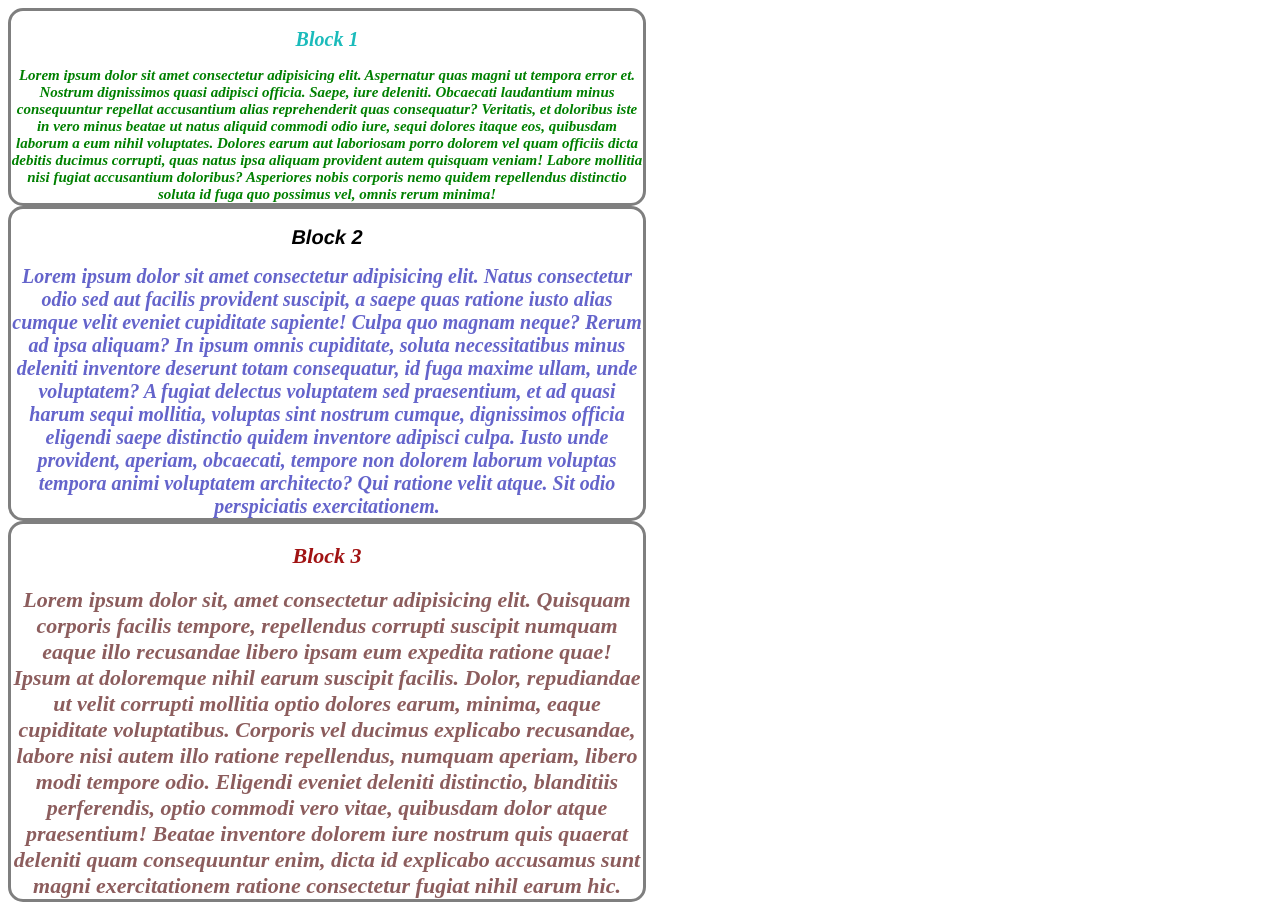
Repository: archangel88/elbrus_homework
Page: phase-0/week-3/day-3/css-fonts/index.html
The author's editor kept a copy of each file at every save. The page is drawn from the files as they stood at one save, then again after the next save.
The browser window is 1280 px wide. The pictures show the whole page.

Above is the page before, as saved 2025-10-08 23:43:26.

### phase-0/week-3/day-3/css-fonts/index.html
<!DOCTYPE html>
<html lang="en">
<head>
    <meta charset="UTF-8">
    <meta name="viewport" content="width=device-width, initial-scale=1.0">
    <title>Document</title>
    <link rel="preconnect" href="https://fonts.googleapis.com">
<link rel="preconnect" href="https://fonts.gstatic.com" crossorigin>
<link href="https://fonts.googleapis.com/css2?family=IBM+Plex+Mono:ital,wght@0,100;0,200;0,300;0,400;0,500;0,600;0,700;1,100;1,200;1,300;1,400;1,500;1,600;1,700&display=swap" rel="stylesheet">
    <link rel="stylesheet" href="./style.css" />
</head>
<body>
   <div class="n1">
    <h2>
        Block 1
    </h2>
    <p></p>
        Lorem ipsum dolor sit amet consectetur adipisicing elit. Aspernatur quas magni ut tempora error et. Nostrum dignissimos quasi adipisci officia. Saepe, iure deleniti. Obcaecati laudantium minus consequuntur repellat accusantium alias reprehenderit quas consequatur? Veritatis, et doloribus iste in vero minus beatae ut natus aliquid commodi odio iure, sequi dolores itaque eos, quibusdam laborum a eum nihil voluptates. Dolores earum aut laboriosam porro dolorem vel quam officiis dicta debitis ducimus corrupti, quas natus ipsa aliquam provident autem quisquam veniam! Labore mollitia nisi fugiat accusantium doloribus? Asperiores nobis corporis nemo quidem repellendus distinctio soluta id fuga quo possimus vel, omnis rerum minima!
   </div>
   <div class="n2">
    <h2>
        Block 2
    </h2>
        Lorem ipsum dolor sit amet consectetur adipisicing elit. Natus consectetur odio sed aut facilis provident suscipit, a saepe quas ratione iusto alias cumque velit eveniet cupiditate sapiente! Culpa quo magnam neque? Rerum ad ipsa aliquam? In ipsum omnis cupiditate, soluta necessitatibus minus deleniti inventore deserunt totam consequatur, id fuga maxime ullam, unde voluptatem? A fugiat delectus voluptatem sed praesentium, et ad quasi harum sequi mollitia, voluptas sint nostrum cumque, dignissimos officia eligendi saepe distinctio quidem inventore adipisci culpa. Iusto unde provident, aperiam, obcaecati, tempore non dolorem laborum voluptas tempora animi voluptatem architecto? Qui ratione velit atque. Sit odio perspiciatis exercitationem.
   </div>
   <div class="n3">
    <h2>
        Block 3
    </h2>
        Lorem ipsum dolor sit, amet consectetur adipisicing elit. Quisquam corporis facilis tempore, repellendus corrupti suscipit numquam eaque illo recusandae libero ipsam eum expedita ratione quae! Ipsum at doloremque nihil earum suscipit facilis. Dolor, repudiandae ut velit corrupti mollitia optio dolores earum, minima, eaque cupiditate voluptatibus. Corporis vel ducimus explicabo recusandae, labore nisi autem illo ratione repellendus, numquam aperiam, libero modi tempore odio. Eligendi eveniet deleniti distinctio, blanditiis perferendis, optio commodi vero vitae, quibusdam dolor atque praesentium! Beatae inventore dolorem iure nostrum quis quaerat deleniti quam consequuntur enim, dicta id explicabo accusamus sunt magni exercitationem ratione consectetur fugiat nihil earum hic.
   </div>
</body>
</html>

### phase-0/week-3/day-3/css-fonts/style.css
div {
    display: inline-block;
    text-align:center;
    width: 50%;
    border: 3px solid rgb(0,0,0,0.5);
    border-radius: 15px;
}

.n1{
    font-family: IBM, bottom;
    font-weight: 900;
    font-style: oblique;
    font-size: 15px;
    color: green;
}

.n1 h2{
   font-family: 'Times New Roman', bottom;
    font-weight: 900;
    font-style: oblique;
    font-size: 20px;
    color: rgb(27, 187, 187);
}

.n2{
    font-family: IBM, bottom;
    font-weight: 900;
    font-style: oblique;
    font-size: 20px;
    color: rgb(100, 100, 203);
}

.n2 h2{
    font-family: 'Franklin Gothic Medium';
    font-weight: 900;
    font-style: oblique;
    font-size: 20px;
    color: black;
}

.n3{
    font-family: 'Plex';
    font-weight: 900;
    font-style: oblique;
    font-size: 22px;
    color: rgb(140, 93, 93);
}

.n3 h2{
   font-family: Mono, bottom;
    font-weight: 900;
    font-style: oblique;
    font-size: 22px;
    color: rgb(161, 19, 19);
}

After the next save:
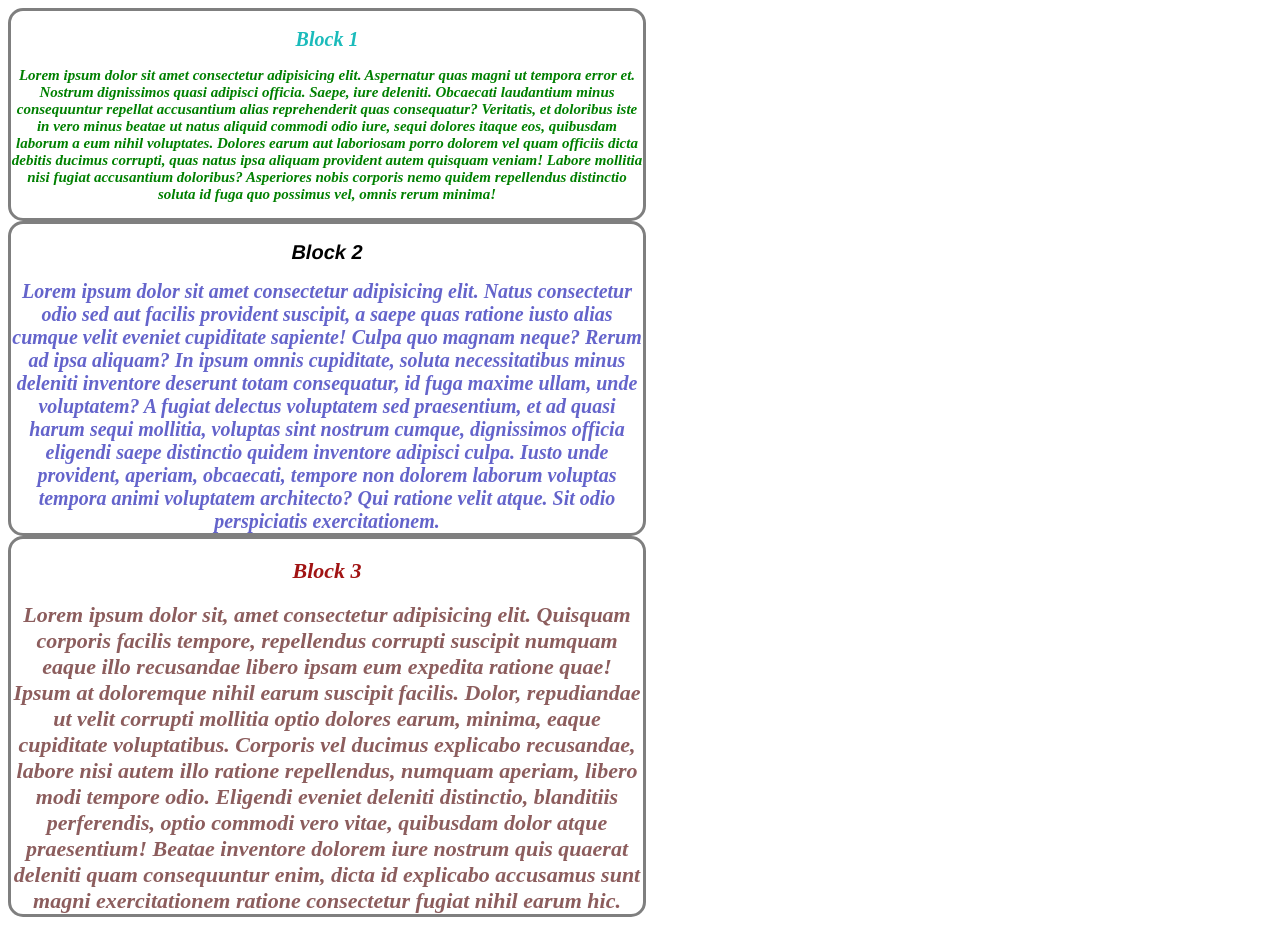
Saved 5 min 22 s later.
--- a/phase-0/week-3/day-3/css-fonts/index.html
+++ b/phase-0/week-3/day-3/css-fonts/index.html
@@ -14,8 +14,7 @@
     <h2>
         Block 1
     </h2>
-    <p></p>
-        Lorem ipsum dolor sit amet consectetur adipisicing elit. Aspernatur quas magni ut tempora error et. Nostrum dignissimos quasi adipisci officia. Saepe, iure deleniti. Obcaecati laudantium minus consequuntur repellat accusantium alias reprehenderit quas consequatur? Veritatis, et doloribus iste in vero minus beatae ut natus aliquid commodi odio iure, sequi dolores itaque eos, quibusdam laborum a eum nihil voluptates. Dolores earum aut laboriosam porro dolorem vel quam officiis dicta debitis ducimus corrupti, quas natus ipsa aliquam provident autem quisquam veniam! Labore mollitia nisi fugiat accusantium doloribus? Asperiores nobis corporis nemo quidem repellendus distinctio soluta id fuga quo possimus vel, omnis rerum minima!
+        <p>Lorem ipsum dolor sit amet consectetur adipisicing elit. Aspernatur quas magni ut tempora error et. Nostrum dignissimos quasi adipisci officia. Saepe, iure deleniti. Obcaecati laudantium minus consequuntur repellat accusantium alias reprehenderit quas consequatur? Veritatis, et doloribus iste in vero minus beatae ut natus aliquid commodi odio iure, sequi dolores itaque eos, quibusdam laborum a eum nihil voluptates. Dolores earum aut laboriosam porro dolorem vel quam officiis dicta debitis ducimus corrupti, quas natus ipsa aliquam provident autem quisquam veniam! Labore mollitia nisi fugiat accusantium doloribus? Asperiores nobis corporis nemo quidem repellendus distinctio soluta id fuga quo possimus vel, omnis rerum minima!</p>
    </div>
    <div class="n2">
     <h2>
